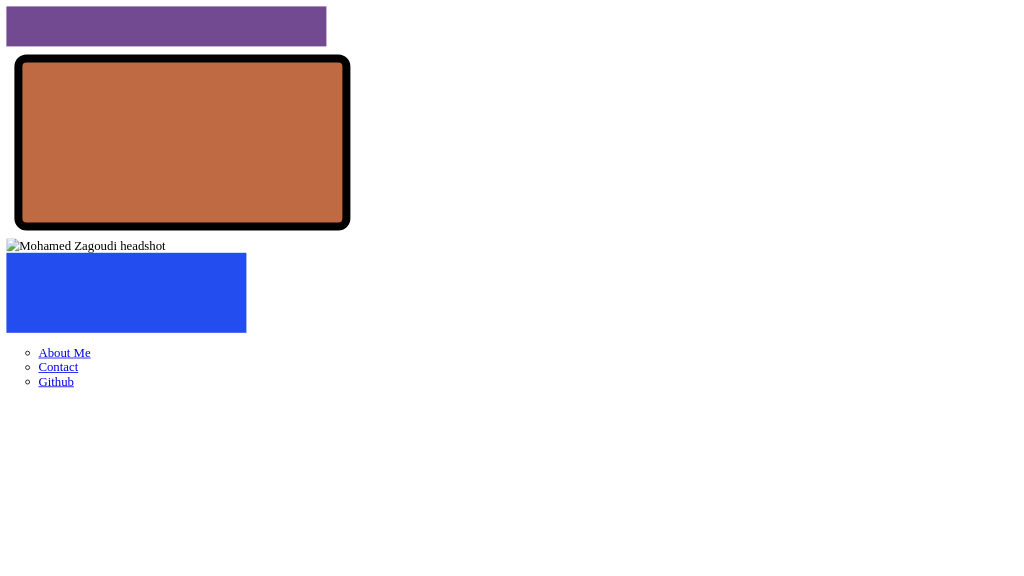
Repository: Mohzagou/Eersteportofolio
Page: index.html
An editor plug-in stored every save of this project. The page is shown before and after the next save, followed by the edit.
The browser window is 1280 px wide. The pictures show the whole page, at 80% of full size.

Above is the page before, as saved 2022-06-07 18:45:46.

After the next save:
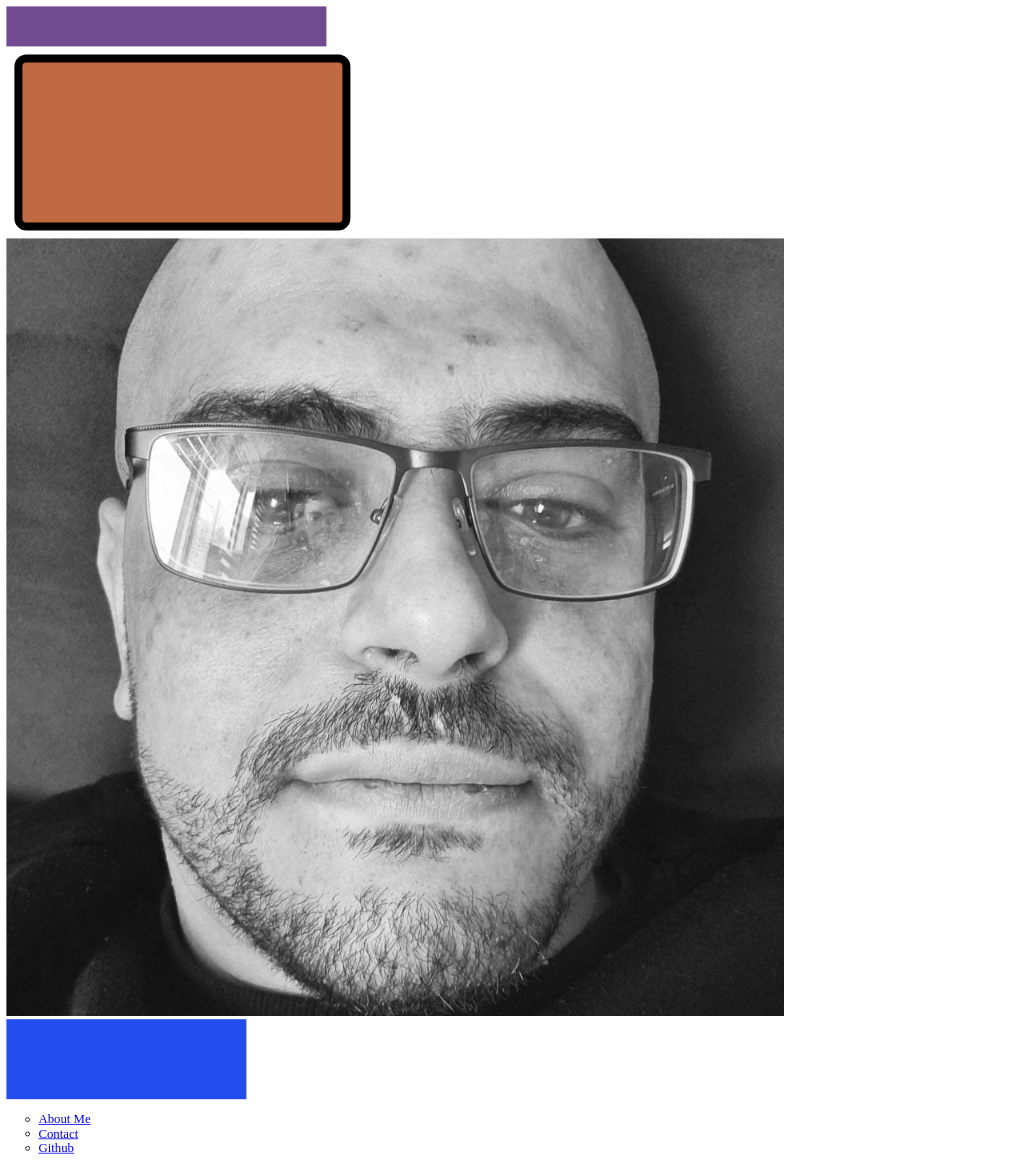
Saved 2 min 24 s later.
--- a/index.html
+++ b/index.html
@@ -11,17 +11,18 @@
 
     <header></header>
     <div class="about-me"></div>
-    <img class="src=" images/67gwzvy.jpeg " alt="Mohamed Zagoudi headshot ">
-    <section></section>
-    <footer>
-        <ul style="list-style-type: circle ">
-            <li><a href=" ">About Me</a></li>
-            <li><a href=" ">Contact</a></li>
-            <li><a href="https://github.com/Mohzagou ">Github</a>
-            </li>
+    <img class="avatar" src="images/67gwzvy.jpeg" alt="Mohamed Zagoudi headshot " />
+    <div>
+        <section></section>
+        <footer>
+            <ul style="list-style-type: circle ">
+                <li><a href=" ">About Me</a></li>
+                <li><a href=" ">Contact</a></li>
+                <li><a href="https://github.com/Mohzagou ">Github</a>
+                </li>
 
-        </ul>
-    </footer>
+            </ul>
+        </footer>
 
 
 
